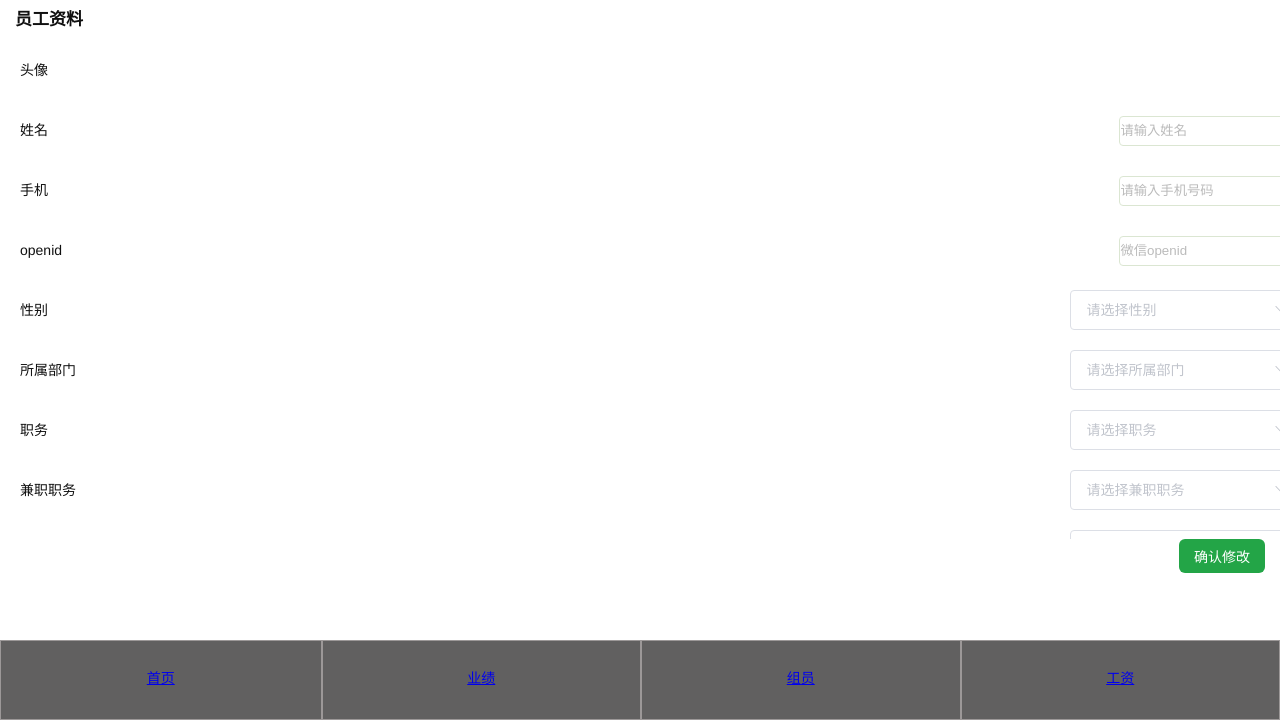
Repository: panlin520-team/lnmj-staffH5
Page: /#/homepage
The author's editor kept a copy of each file at every save. The page is drawn from the files as they stood at one save, then again after the next save.
The browser window is 1280 px wide. The pictures show the whole page.
An inner scrolling area shows only its first screen. The project was rebuilt for these pictures with package versions that can differ from the ones it lists, and the page was loaded fresh each time. Also part of the build but not shown: src/views/Lojin.vue.

Above is the page before, as saved 2020-04-08 15:51:48.

After the next save:
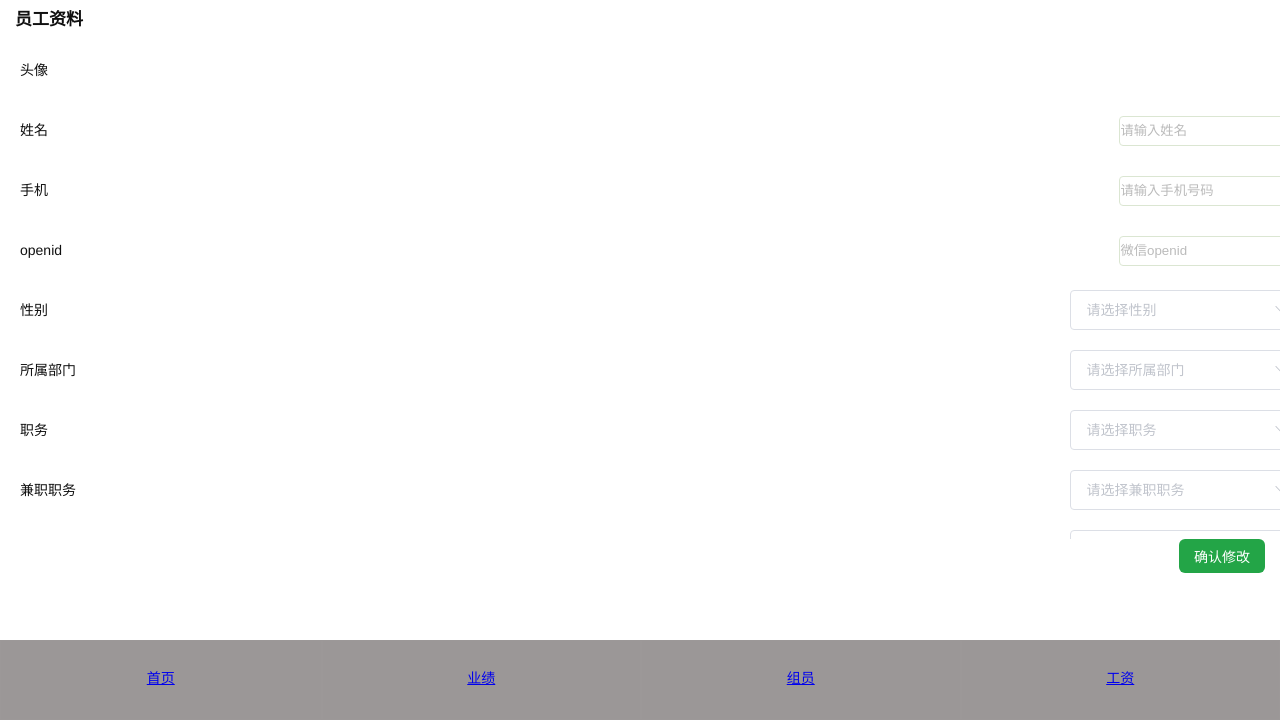
Saved 11 s later.
--- a/src/components/Btnnavigation.vue
+++ b/src/components/Btnnavigation.vue
@@ -45,7 +45,7 @@ export default {
   width: 100%;
   height: 100%;
   display: flex;
-  background-color: rgb(97, 96, 96);
+  background-color: rgb(155, 151, 151);
   .somenavigation {
     width: 25%;
     border: 1px solid rgb(156, 152, 152);
